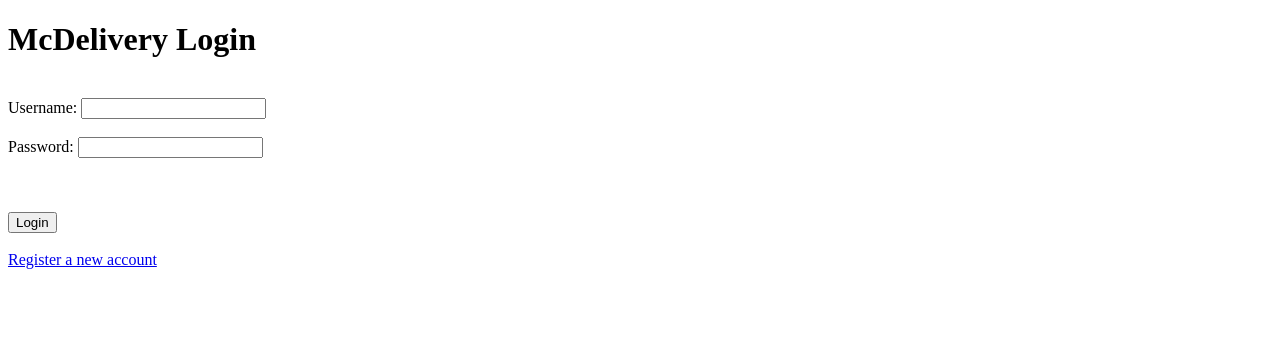
Repository: Jeck97/Mcdonald-Delivery-System
Page: http://localhost/McDelivery/login/loginForm.jsp
The author's editor kept a copy of each file at every save. The page is drawn from the files as they stood at one save, then again after the next save.
The browser window is 1280 px wide. The pictures show the whole page.
The page is served by Tomcat 9.

Above is the page before, as saved 2020-07-09 13:42:18.

After the next save:
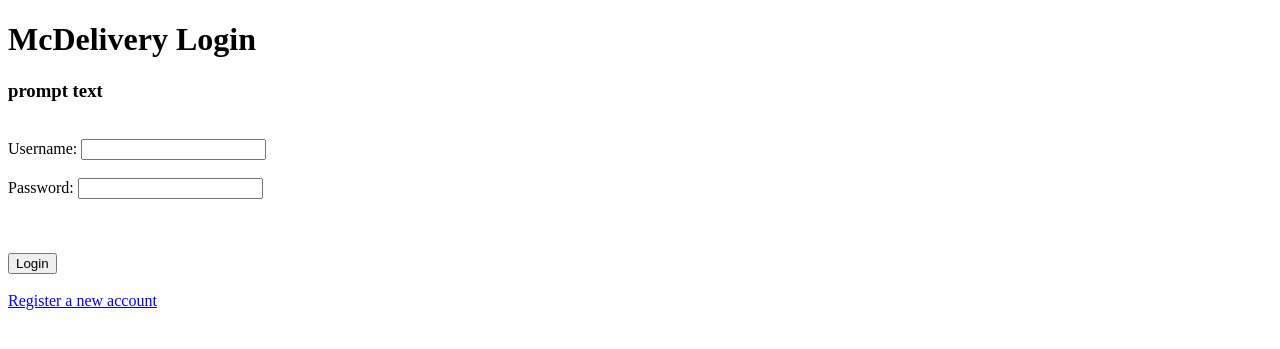
Saved 16 h 4 min later.
--- a/McDelivery/WebContent/login/loginForm.jsp
+++ b/McDelivery/WebContent/login/loginForm.jsp
@@ -9,6 +9,8 @@
 <body>
 
 	<h1>McDelivery Login</h1>
+
+	<h3>prompt text</h3>
 
 	<form action="loginServlet" method="post">
 
